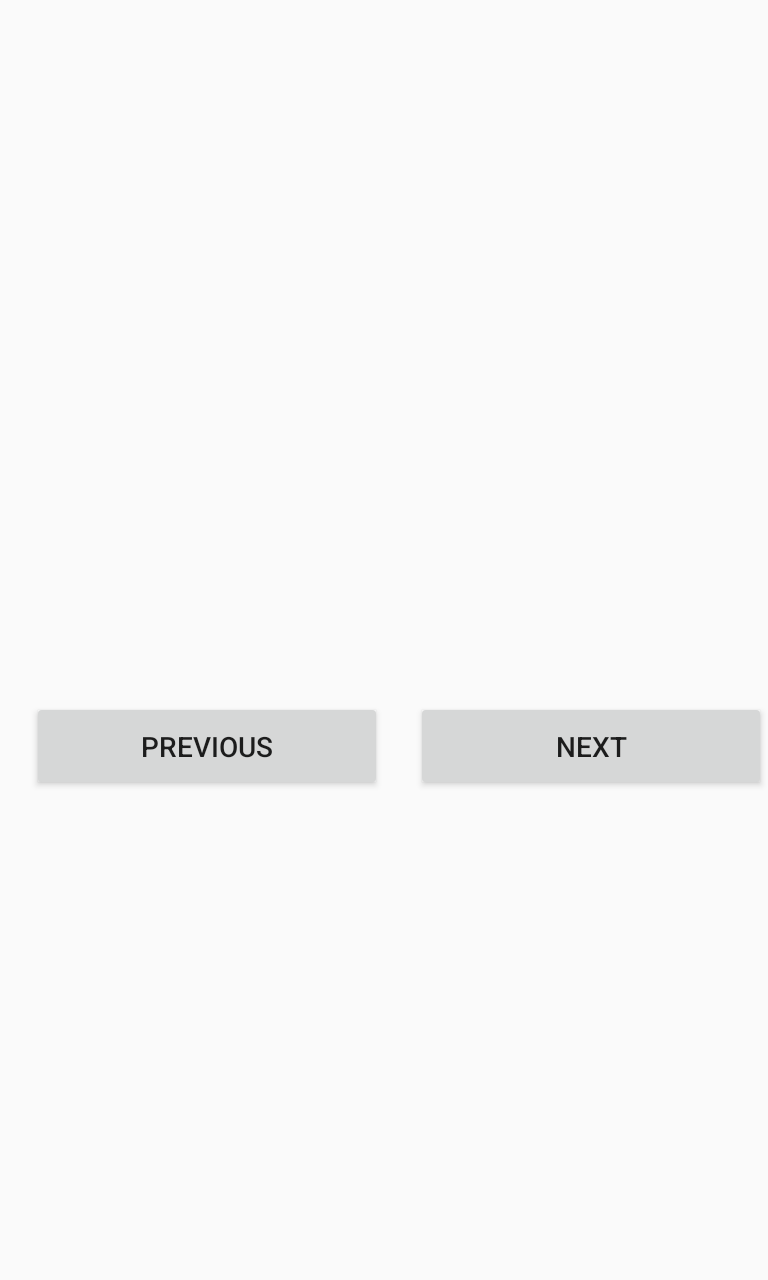
Repository: Warun26/PropertySearch
Layout: PropertySearch/res/layout/historical_zestimates_tab.xml
An editor plug-in stored every save of this project. The layout is shown before and after the next save, followed by the edit.
It is drawn on a 768 x 1280 px phone screen (xhdpi) without system bars, with theme AppTheme; the app's code is not run. The app's manifest (not shown) leaves right-to-left support off. So textAlignment, textDirection and layoutDirection are ignored, and left and right values win over start and end ones.

Above is the layout before, as saved 2014-11-23 04:35:56.

After the next save:
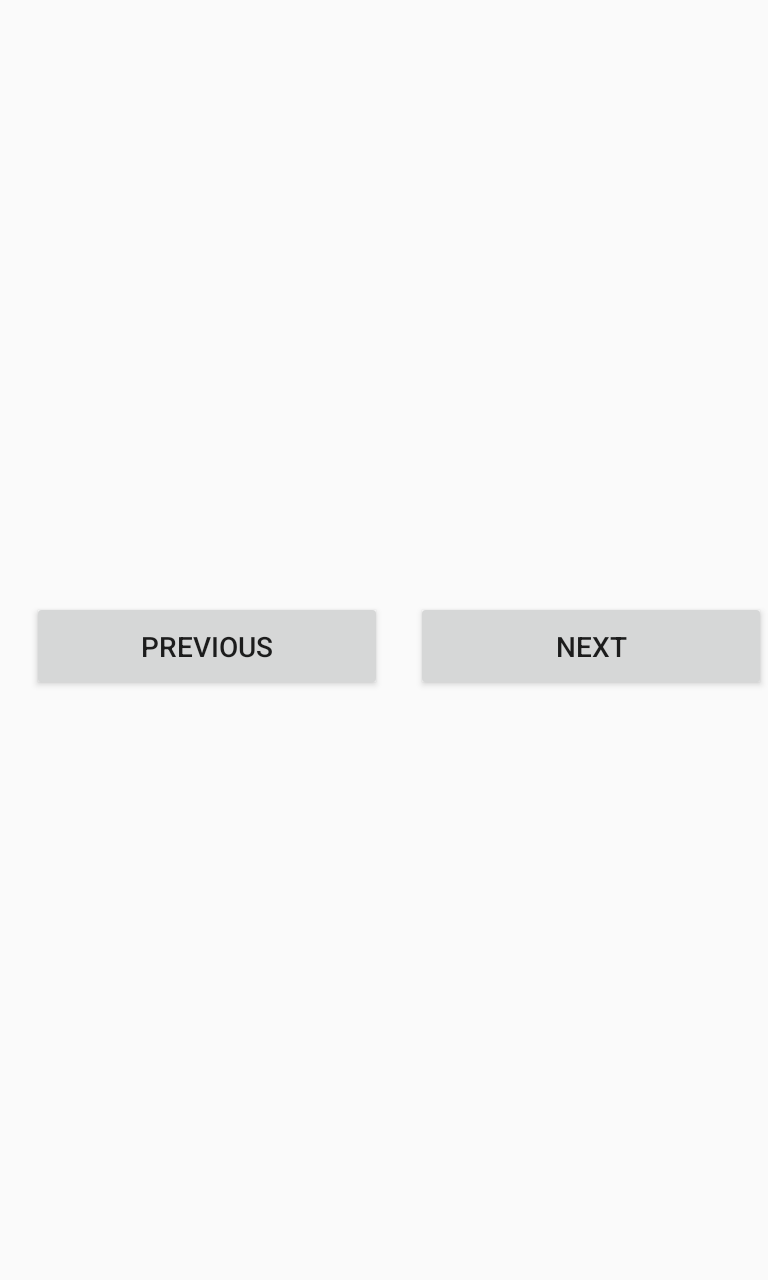
Saved 2 min 23 s later.
--- a/PropertySearch/res/layout/historical_zestimates_tab.xml
+++ b/PropertySearch/res/layout/historical_zestimates_tab.xml
@@ -31,7 +31,7 @@
     <ImageSwitcher
       android:id="@+id/ZestimateCharts"
       android:layout_width="fill_parent"
-      android:layout_height="300dp" >
+      android:layout_height="250dp" >
     </ImageSwitcher>
 
     <LinearLayout
